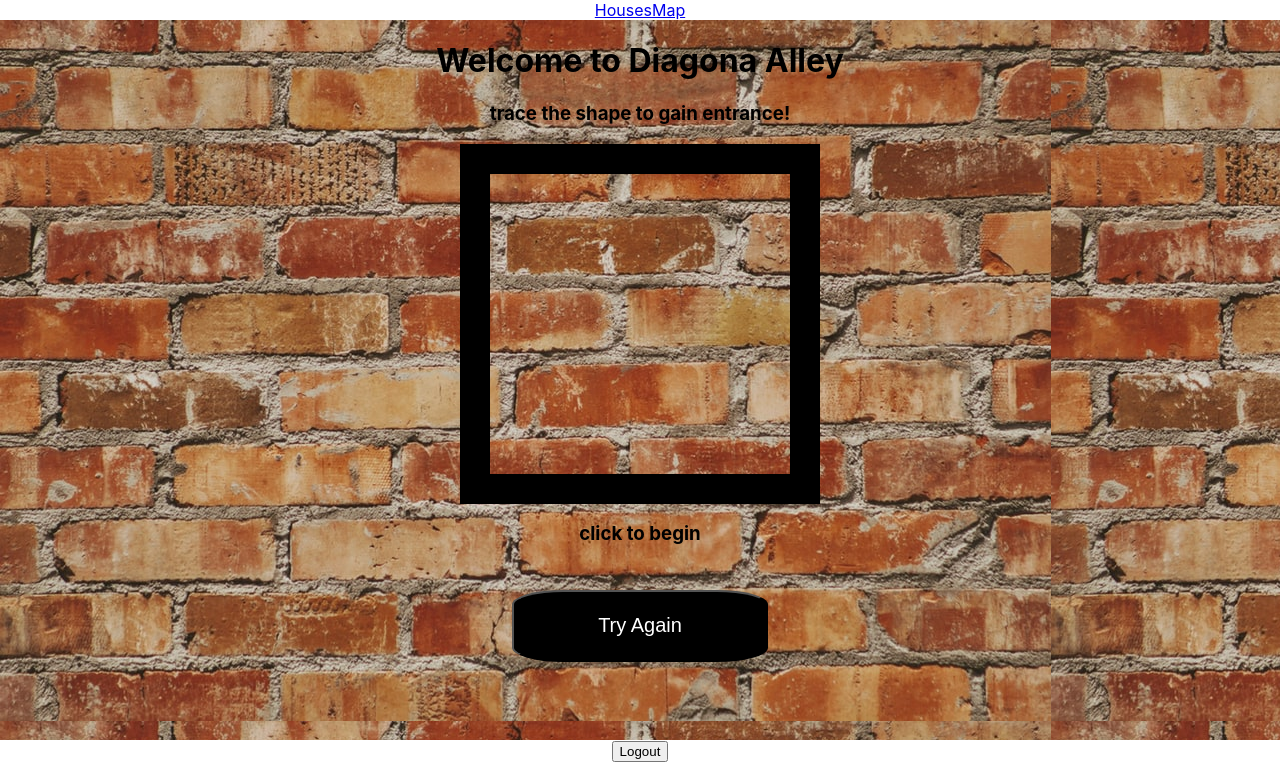
Repository: Brandon205/PotterGo
Page: /houses (app in client/)
These files come from the project's save history. The page is drawn as it stood at one moment and after the next save; the edit follows.
The browser window is 1280 px wide. The pictures show the whole page.
The project was rebuilt for these pictures with package versions that can differ from the ones it lists, and the page was loaded fresh each time. A package was used in the major version that the imports need, not the one package.json lists. Also part of the build but not shown: client/src/Homepage.jsx, client/src/Signup.js, client/src/Login.js, client/src/LoginPage.jsx, client/src/WandGenerator.jsx.

Above is the page before, as saved 2019-11-21 16:44:15.

### client/src/App.js
import React from 'react';
import './App.css';
import Axios from 'axios';
import {
  BrowserRouter as Router,
  Route,
  Link,
} from 'react-router-dom';
import DiagonAlley from './DiagonAlley';
import Homepage from './Homepage';
import LoginPage from './LoginPage';
import WandGenerator from './WandGenerator';

class App extends React.Component {
  state = {
    token: '',
    user: null,
    errorMessage: '',
    lockedResult: '',
    redirect: ''
  }

  checkForLocalToken = () => {
    // Look in LS for localtoken
    let token = localStorage.getItem('mernToken');
    if (!token || token === 'undefined') {
      // if no taken, remove all evidence of mernToken from LS and state
      localStorage.removeItem('mernToken');
      this.setState({ token: '', user: null });
    } else {
      // if token, verify token on backend
      Axios.post('/auth/me/from/token', { token })
      .then(res => {
        if (res.data.type === 'error') {
          localStorage.removeItem('mernToken');
          this.setState({ token: '', user: null, errorMessage: res.data.message });
        } else {
          // if verified store it back in LS and state
          localStorage.setItem('mernToken', res.data.token);
          this.setState({ token: res.data.token, user: res.data.user });
        }
      })
    }
  }

  componentDidMount = () => {
    this.checkForLocalToken()
  }

  liftToken = ({token, user}) => {
    this.setState({ token, user });
  }

  logout = () => {
    localStorage.removeItem('mernToken');
    this.setState({ token: '', user: null });
  }

  render() {
    return (
      <Router>
        <div className="App">
          <Link to='/houses'>Houses</Link>
          <Link to='/map'>Map</Link>
          <Route exact path='/' render={ () => <LoginPage liftToken={this.liftToken}/>}/>
          <Route exact path='/map' component={Homepage}/>
          <Route exact path='/houses' component={DiagonAlley}/>
          <Route exact path='/wand' component={WandGenerator}/>
          <button onClick={this.logout}>Logout</button>
        </div>
      </Router>
    );
  }
}

export default App;

### client/src/App.css
.App {
  text-align: center;
}

.App-logo {
  height: 40vmin;
}

.App-header {
  background-color: #282c34;
  min-height: 100vh;
  display: flex;
  flex-direction: column;
  align-items: center;
  justify-content: center;
  font-size: calc(10px + 2vmin);
  color: white;
}

.App-link {
  color: #09d3ac;
}

.backgroundDiv {
  display: flex;
  flex-flow: column;
  height: 100vh;
  width: 100vw;
  background-image: url('brick.jpg');
}

.container {
  display: flex;
  align-content: center;
  justify-content: center;
}

.diagonDiv {
  height: 300px;
  width: 300px;
  border: 30px solid black;
}

.innerDiv {
  height: 300px;
  width: 300px;
}

.tryAgain {
  margin: 2%;
  width: 20vw;
  height: 10vh;
  border-radius: 20%;
  background: black;
  font-size: 20px;
  color: white;
}

### client/src/DiagonAlley.jsx
import React, { useState, useEffect } from 'react'
import axios from 'axios'

function DiagonAlley () {
    const [X, setX] = useState(0)
    const [Y, setY] = useState(0)
    const [breaking, setBreaking] = useState(false)
    const [youFaileda, setyouFaileda] = useState('')
    const [count, setCount] = useState(0);

    var counter = count;
    function onMouseMove (event)  {
        setX(event.screenX)
        setY(event.screenY)
        counter+=1
        setCount(counter)
        console.log(counter)
    }

    function onMouseMoveTwo (event)  {
        setBreaking(true)
        setyouFaileda('The wall stays solid! Please try again!')
        setCount(0)
        console.log('You have failed')
    }

    function onMouseDown(event) {
        setCount(5)
        console.log(count)
        console.log('mouse down')
    }

    function onClick (event) {
        setyouFaileda('click to begin')
    }

    var youFailed;
    var youFailedFinal;
    if (breaking) {
        youFailed = youFaileda
        youFailedFinal = <h3>{youFailed}</h3>
    } else {
        youFailed = 'click to begin'
        youFailedFinal = <h3>{youFailed}</h3>
    }
    var wholePage;
    if (count > 900) {
        wholePage = (
            <div className='container'>
                <h1>'YOU WIN, COME ON IN AND FIND A WAND'</h1>
            </div>
        )
    } else {
        wholePage = (
        <div className='backgroundDiv'>
            <div>
                <h1>Welcome to Diagona Alley</h1>
                <h3>trace the shape to gain entrance!</h3>
            </div>
            <div className='container'>
                <div onMouseMove={onMouseMove} onMouseDown={onMouseDown} className='diagonDiv'>
                <div onMouseMove={onMouseMoveTwo} className='innerDiv'></div>
                </div>
            </div>
            <div>
                {youFailedFinal}
                <button onClick={onClick} className='tryAgain'>Try Again</button>
            </div>
        </div>
        )
    }
    return (
        <>
            {wholePage}
        </>
    )
}

export default DiagonAlley

Loaded but not shown: client/public/index.html (common file); client/src/index.js (common file); client/src/index.css (common file); client/src/serviceWorker.js (common file)

After the next save:
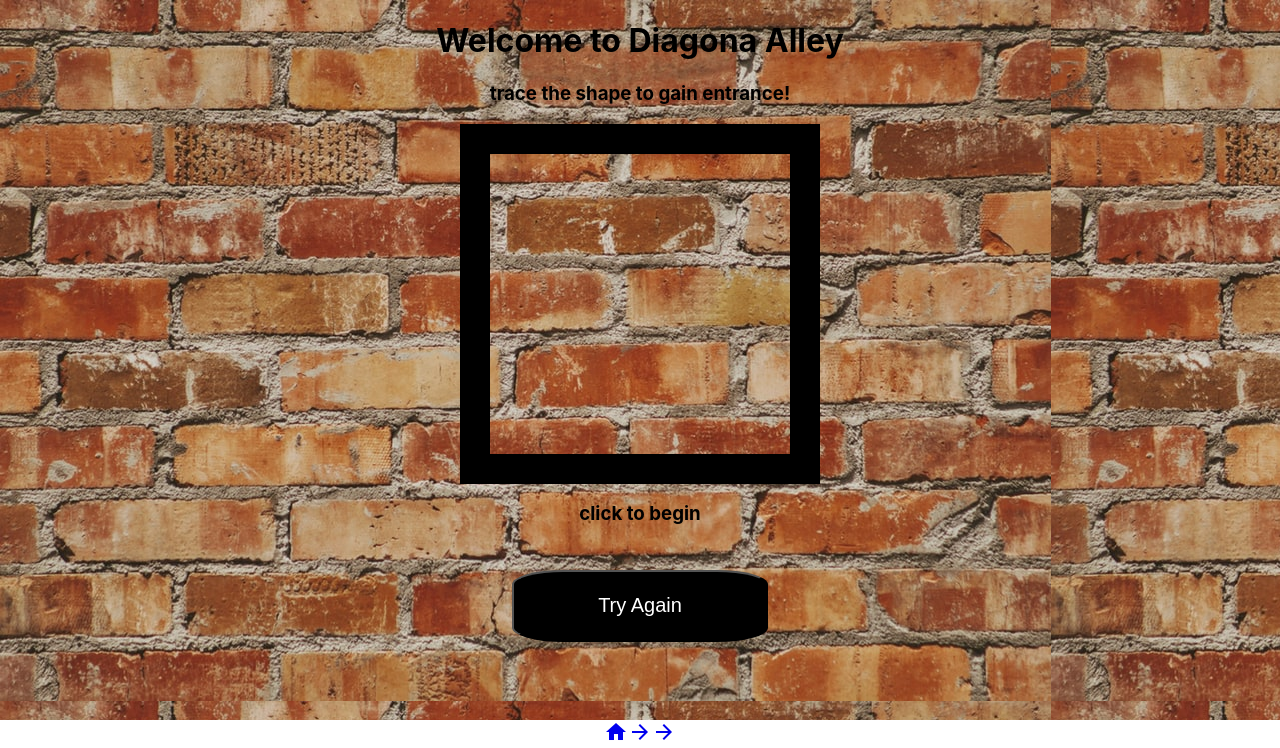
Saved 62 s later.
--- a/client/src/App.js
+++ b/client/src/App.js
@@ -60,13 +60,15 @@
     return (
       <Router>
         <div className="App">
-          <Link to='/houses'>Houses</Link>
-          <Link to='/map'>Map</Link>
           <Route exact path='/' render={ () => <LoginPage liftToken={this.liftToken}/>}/>
           <Route exact path='/map' component={Homepage}/>
           <Route exact path='/houses' component={DiagonAlley}/>
           <Route exact path='/wand' component={WandGenerator}/>
-          <button onClick={this.logout}>Logout</button>
+          <nav>
+            <Link className="link" to="/map"><i className="material-icons">home</i></Link>
+            <Link className="link" to="/trolley"><i className="material-icons secondary-content">arrow_forward</i></Link>
+            <Link className="link" to="/trolley"><i className="material-icons secondary-content">arrow_forward</i></Link>
+          </nav>
         </div>
       </Router>
     );
